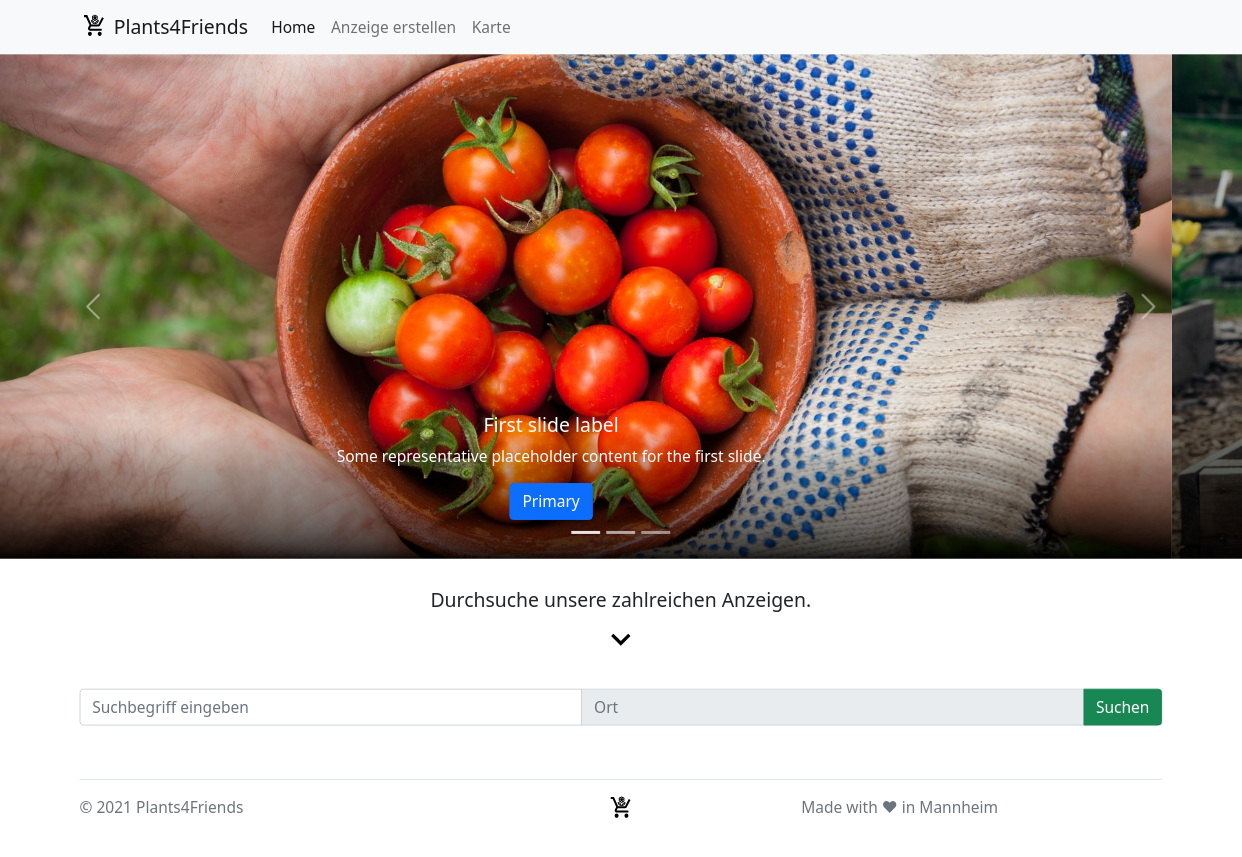
Repository: Carlson43/PlantsForFriends
Page: Website/index.html
An editor plug-in stored every save of this project. The page is shown before and after the next save, followed by the edit.
The browser window is 1280 px wide. The pictures show the whole page, at 97% of full size.

Above is the page before, as saved 2022-01-13 12:09:48.

After the next save:
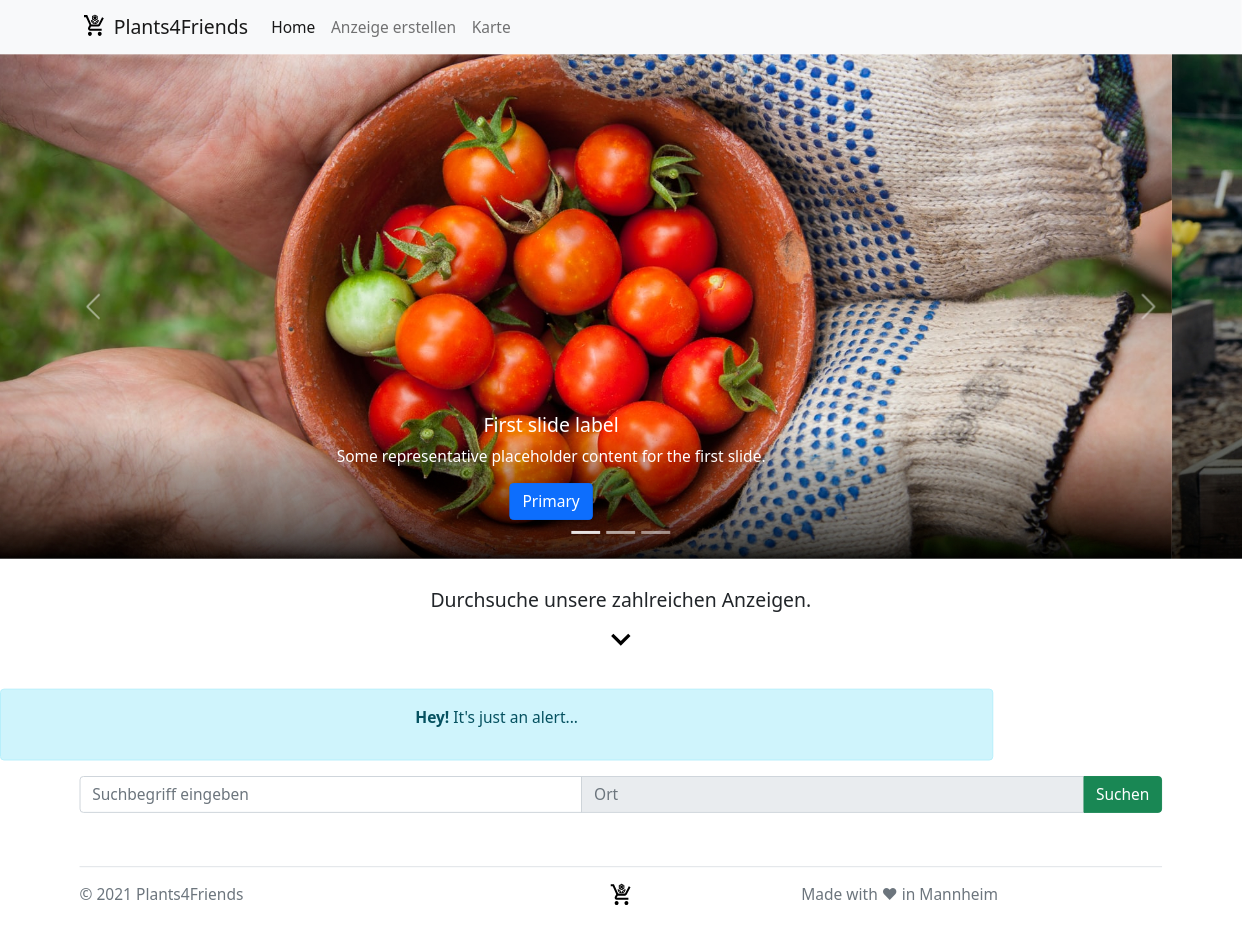
Saved 3 min 32 s later.
--- a/Website/index.html
+++ b/Website/index.html
@@ -120,7 +120,11 @@
       Sie werden weitergeleitet, einen Moment bitte!
     </div>
 
-
+    <div class="alert alert-info" style="width: 80%;" role="alert">
+      <p class="text-center">
+       <i class="fa fa-exclamation-triangle" aria-hidden="true"></i>        <strong>Hey!</strong>  It's just an alert...
+      </p>
+  </div>
     <!-- Input / Search Group -->
       <div class="container-md">
         <div class="input-group">
